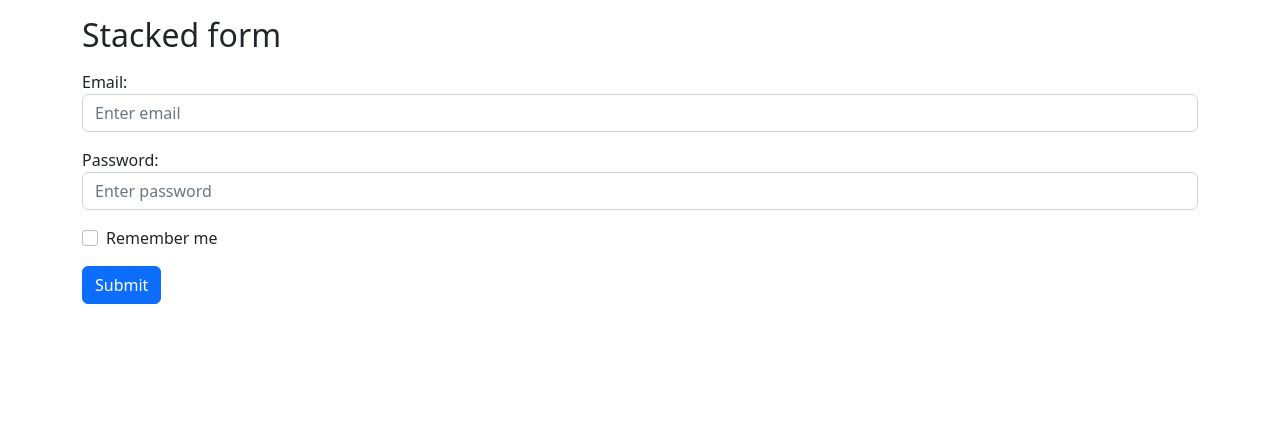
Repository: letantai3001180588/shoppingBE
Page: index.html
These files come from the project's save history. The page is drawn as it stood at one moment and after the next save; the edit follows.
The browser window is 1280 px wide. The pictures show the whole page.

Above is the page before, as saved 2023-03-05 18:42:00.

After the next save:
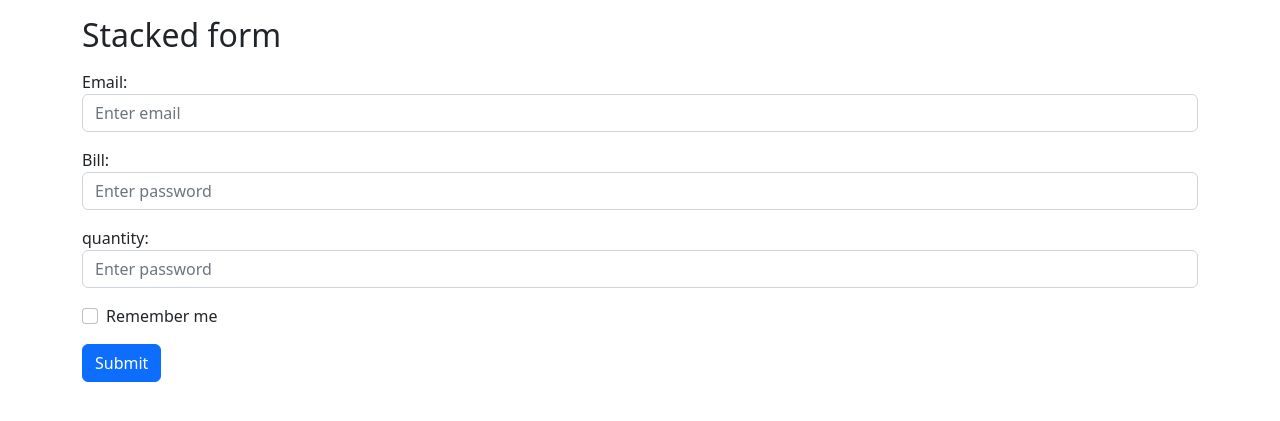
Saved 66 s later.
--- a/index.html
+++ b/index.html
@@ -13,12 +13,16 @@
     <h2>Stacked form</h2>
     <form method="post" action="/detailBill/create">
         <div class="mb-3 mt-3">
-        <label for="email">Email:</label>
-        <input type="text" class="form-control" id="email" placeholder="Enter email" >
+            <label for="email">Email:</label>
+            <input type="text" class="form-control" id="email" placeholder="Enter email" name="id_product">
         </div>
         <div class="mb-3">
-        <label for="pwd">Password:</label>
-        <input type="text" class="form-control" id="pwd" placeholder="Enter password">
+            <label for="pwd">Bill:</label>
+            <input type="text" class="form-control" id="pwd" placeholder="Enter password" name="id_bill">
+        </div>
+        <div class="mb-3">
+            <label for="pwd">quantity:</label>
+            <input type="text" class="form-control" id="pwd" placeholder="Enter password" name="quantity">
         </div>
         <div class="form-check mb-3">
         <label class="form-check-label">
